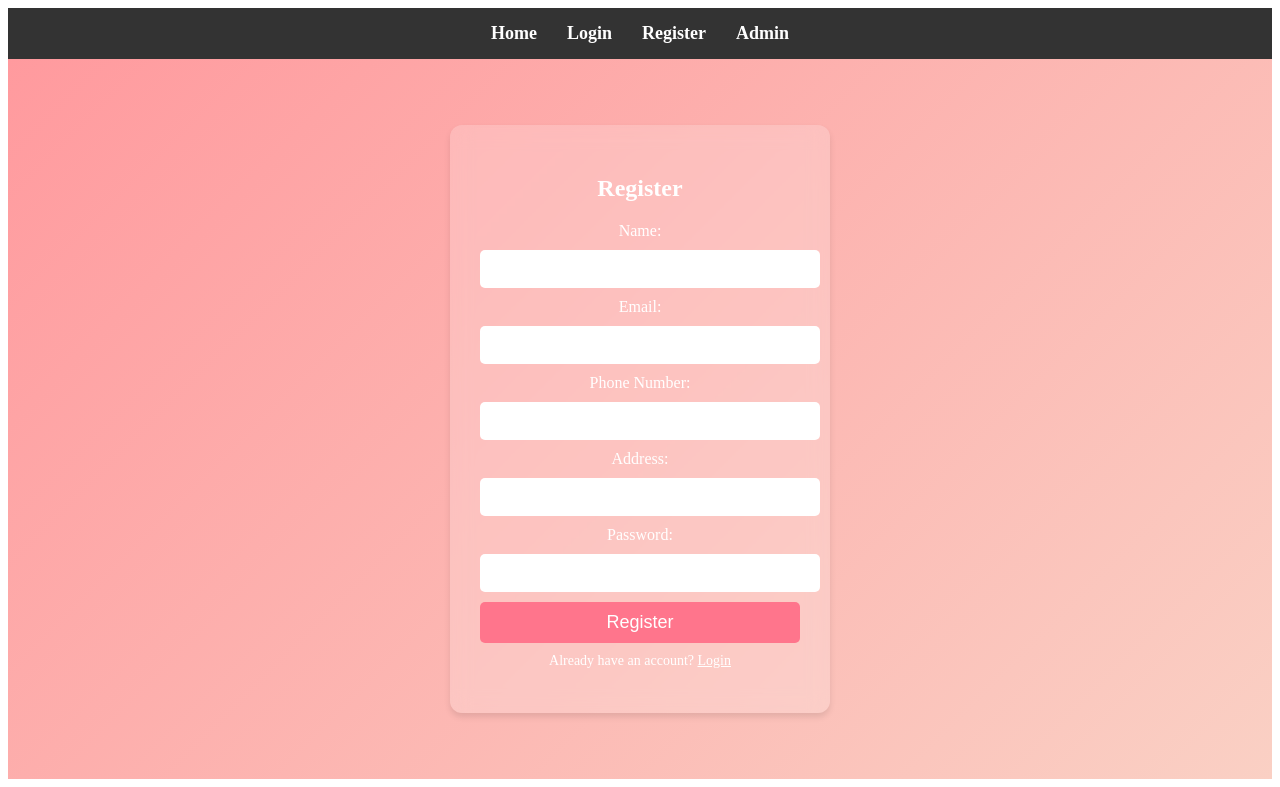
Repository: AhmedIbu/angular-login-app
Page: /register (app in angular-login-app/)
The author's editor kept a copy of each file at every save. The page is drawn from the files as they stood at one save, then again after the next save.
The browser window is 1280 px wide. The pictures show the whole page.
The project was rebuilt for these pictures with package versions that can differ from the ones it lists, and the page was loaded fresh each time. Also part of the build but not shown: angular-login-app/angular.json, angular-login-app/src/app/home/home.component.ts, angular-login-app/src/app/login/login.component.ts, angular-login-app/src/app/services/auth.service.ts, angular-login-app/src/app/admin-dashboard/admin-dashboard.component.ts, angular-login-app/src/app/admin-login/admin-login.component.ts, angular-login-app/src/app/user-dashboard/user-dashboard.component.ts.

Above is the page before, as saved 2025-02-21 11:22:53.

After the next save:
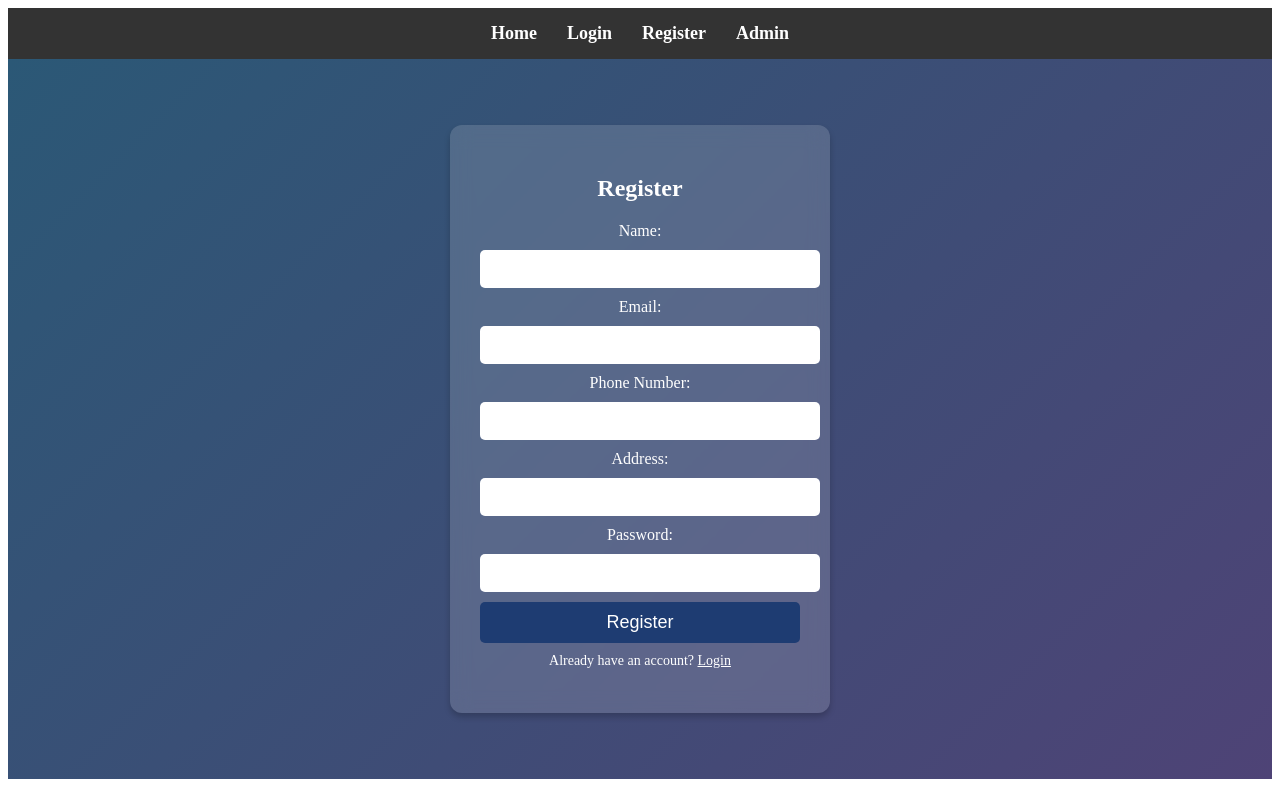
Saved 15 s later.
--- a/angular-login-app/src/app/register/register.component.css
+++ b/angular-login-app/src/app/register/register.component.css
@@ -1,70 +1,70 @@
 /* Centering the register form */
 .register-container {
-    display: flex;
-    justify-content: center;
-    align-items: center;
-    height: 100vh;
-    background: linear-gradient(135deg, #ff9a9e, #fad0c4);
-  }
+  display: flex;
+  justify-content: center;
+  align-items: center;
+  height: 100vh;
+  background: linear-gradient(135deg, #2b5876, #4e4376); /* Cool blue gradient */
+}
 
-  /* Glassmorphism effect for the form */
-  .register-box {
-    background: rgba(255, 255, 255, 0.2);
-    backdrop-filter: blur(10px);
-    border-radius: 12px;
-    padding: 30px;
-    box-shadow: 0 4px 6px rgba(0, 0, 0, 0.1);
-    width: 320px;
-    text-align: center;
-    color: #fff;
-  }
+/* Glassmorphism effect for the form */
+.register-box {
+  background: rgba(255, 255, 255, 0.15);
+  backdrop-filter: blur(10px);
+  border-radius: 12px;
+  padding: 30px;
+  box-shadow: 0 4px 6px rgba(0, 0, 0, 0.2);
+  width: 320px;
+  text-align: center;
+  color: #fff;
+}
 
-  /* Styling form elements */
-  .register-box h2 {
-    margin-bottom: 20px;
-    font-size: 24px;
-    font-weight: bold;
-  }
+/* Styling form elements */
+.register-box h2 {
+  margin-bottom: 20px;
+  font-size: 24px;
+  font-weight: bold;
+}
 
-  .register-box input {
-    width: 100%;
-    padding: 10px;
-    margin: 10px 0;
-    border: none;
-    border-radius: 5px;
-    font-size: 16px;
-  }
+.register-box input {
+  width: 100%;
+  padding: 10px;
+  margin: 10px 0;
+  border: none;
+  border-radius: 5px;
+  font-size: 16px;
+}
 
-  /* Register button styles */
-  .register-btn {
-    background: #ff758c;
-    color: white;
-    border: none;
-    padding: 10px;
-    font-size: 18px;
-    width: 100%;
-    border-radius: 5px;
-    cursor: pointer;
-    transition: 0.3s;
-  }
+/* Register button styles */
+.register-btn {
+  background: #1e3c72; /* Deep blue */
+  color: white;
+  border: none;
+  padding: 10px;
+  font-size: 18px;
+  width: 100%;
+  border-radius: 5px;
+  cursor: pointer;
+  transition: 0.3s;
+}
 
-  .register-btn:hover {
-    background: #ff5277;
-    transform: scale(1.05);
-  }
+.register-btn:hover {
+  background: #29539b; /* Lighter blue on hover */
+  transform: scale(1.05);
+}
 
-  /* Style for the "Already have an account?" text */
-  .register-box p {
-    margin-top: 10px;
-    font-size: 14px;
-  }
+/* Style for the "Already have an account?" text */
+.register-box p {
+  margin-top: 10px;
+  font-size: 14px;
+}
 
-  .register-box a {
-    color: #fff;
-    text-decoration: underline;
-    transition: 0.3s;
-  }
+.register-box a {
+  color: #fff;
+  text-decoration: underline;
+  transition: 0.3s;
+}
 
-  .register-box a:hover {
-    color: #ff5277;
-  }
+.register-box a:hover {
+  color: #00c6ff;
+}
